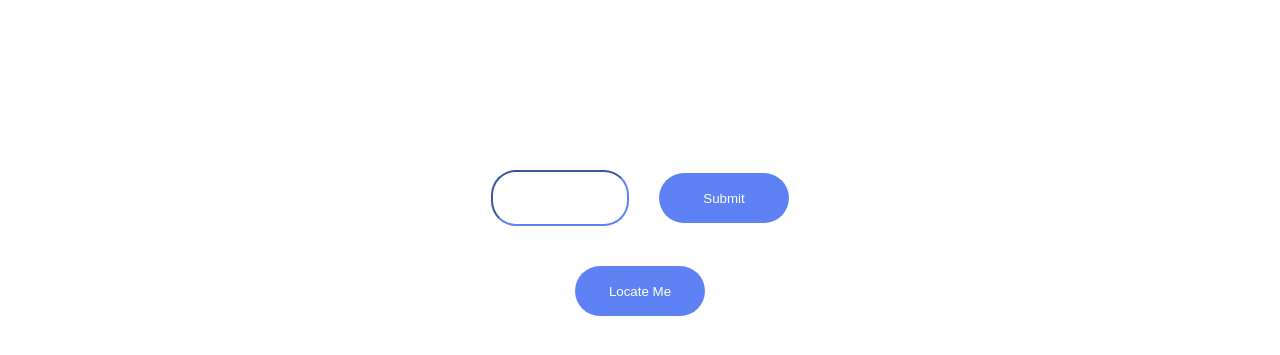
Repository: ahmedazawi/weather-app
Page: /
These files come from the project's save history. The page is drawn as it stood at one moment and after the next save; the edit follows.
The browser window is 1280 px wide. The pictures show the whole page.
The project was rebuilt for these pictures with package versions that can differ from the ones it lists, and the page was loaded fresh each time. Also part of the build but not shown: src/layout/Header.js, src/assets/css/details.css, src/assets/data/ContextApi.js, src/assets/css/SevenDaysCards.css, src/components/card.js, src/components/SevenDaysCards.js, src/assets/data/Api.js, src/components/Map.js and 2 more.

Above is the page before, as saved 2022-11-30 22:38:55.

### src/App.js
import React, { useState, useEffect } from "react";
import "./App.css";
import Header from "./layout/Header";
import Details from "./components/Details";

import Store from "./assets/data/Store";
function App() {
  const [lat, setLat] = useState();
  const [long, setLong] = useState();
  const [located, setLocated] = useState(false);
  const [cityName, setCityName] = useState("");
  const [subCity, setSubCity] = useState();

  const inputHandler = (event) => {
    setCityName(event.target.value);
  };
  const clickHandler = () => {
    setSubCity(cityName);
  };
  const geolocationAPI = navigator.geolocation;
  const getUserCoordinates = () => {
    if (!geolocationAPI) {
      console.log("Geolocation API is not available in your browser!");
    } else {
      geolocationAPI.getCurrentPosition(
        (position) => {
          const { coords } = position;
          setLat(coords.latitude);
          setLong(coords.longitude);
          setLocated(true);
        },

        (error) => {
          console.log("Something went wrong getting your position!");
        }
      );
    }
  };

  if (!subCity && !located) {
    return (
      <div className="App">
        <div>
          <input
            type="text"
            className="form-control"
            name="cityName"
            onChange={inputHandler}
            value={cityName}
          />
          <button onClick={clickHandler} className="btn">
            Submit
          </button>
        </div>
        <button className="btn" onClick={getUserCoordinates}>
          Locate Me
        </button>
      </div>
    );
  }
  console.log(located);
  return (
    <div>
      <Header />
      <Store located={located} lat={lat} long={long} city={subCity}>
        <Details />
      </Store>
    </div>
  );
}

export default App;

### src/App.css
body {
  --primaryColor: #5e82f4;
  --secondaryColor: #ffffff;
  --borderRadius: 25px;
}

.nav {
  display: flex;
  align-items: center;
  height: 55px;
  background-color: var(--primaryColor);
}
.App {
  display: flex;
  flex-direction: column;
  align-items: center;
  justify-content: center;
  height: 100%;
  width: 100%;
  margin-top: 170px;
  gap: 40px;
}
.App > div {
  display: flex;
  align-items: center;
  gap: 30px;
}
.App .btn {
  border: none;
  border-radius: var(--borderRadius);
  color: var(--secondaryColor);
  background-color: var(--primaryColor);
  height: 50px;
  width: 130px;
}
.App .form-control {
  border-color: var(--primaryColor);
  border-radius: var(--borderRadius);
  height: 50px;
  width: 130px;
}

Loaded but not shown: public/index.html (common file); src/index.js (common file); src/index.css (common file)

After the next save:
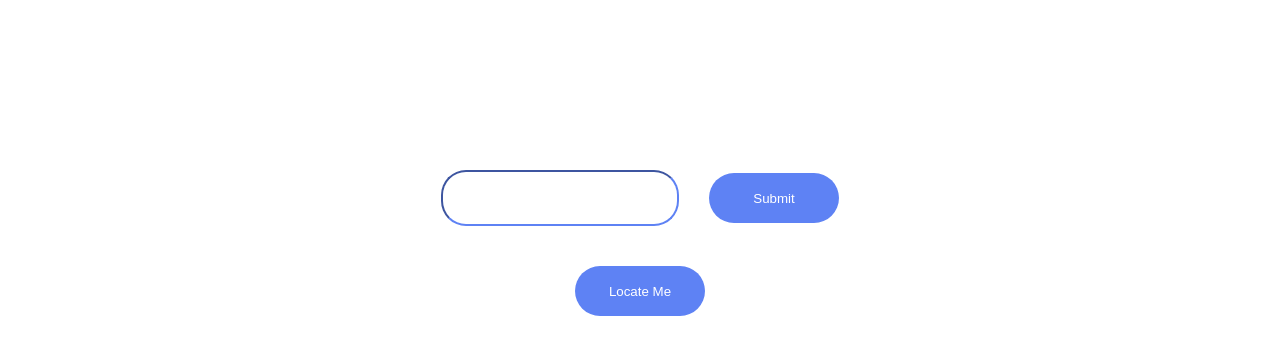
Saved 7 s later.
--- a/src/App.css
+++ b/src/App.css
@@ -37,5 +37,5 @@ body {
   border-color: var(--primaryColor);
   border-radius: var(--borderRadius);
   height: 50px;
-  width: 130px;
+  width: 230px;
 }
